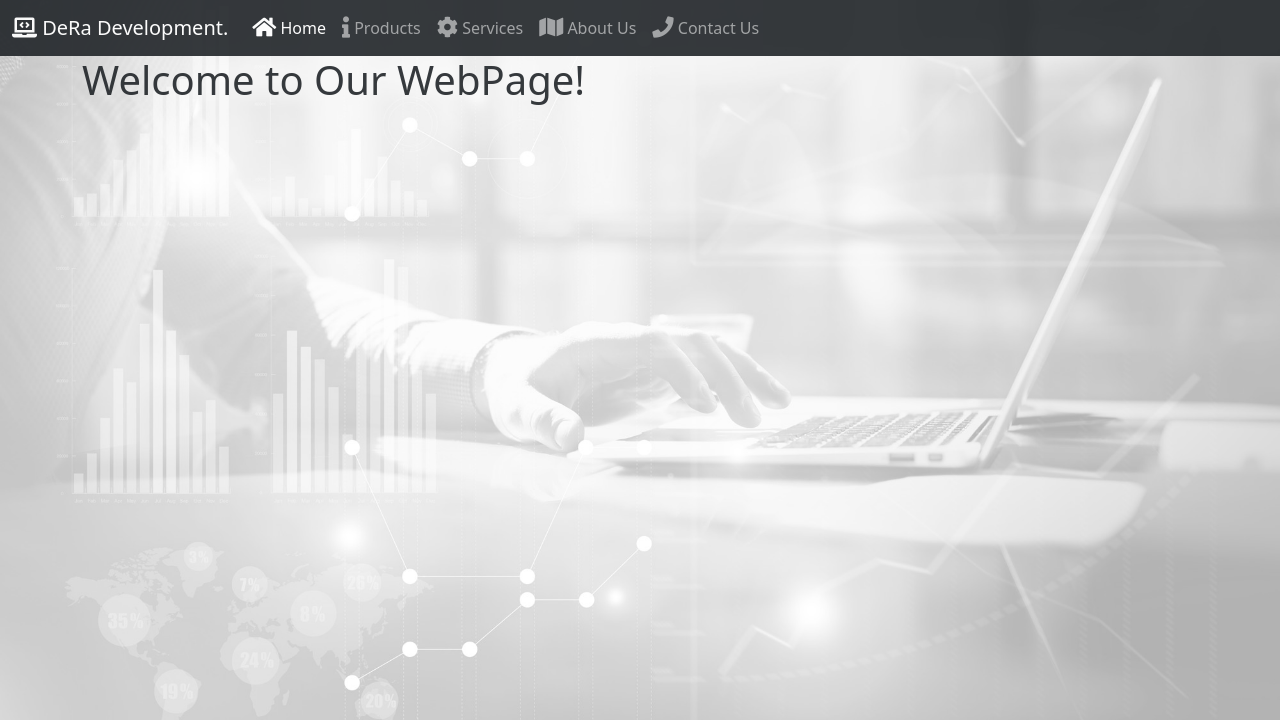
Repository: deividwsantoss/web6201-Lab1
Page: index.html
An editor plug-in stored every save of this project. The page is shown before and after the next save, followed by the edit.
The browser window is 1280 px wide. The pictures show the whole page.

Above is the page before, as saved 2021-02-02 17:23:12.

After the next save:
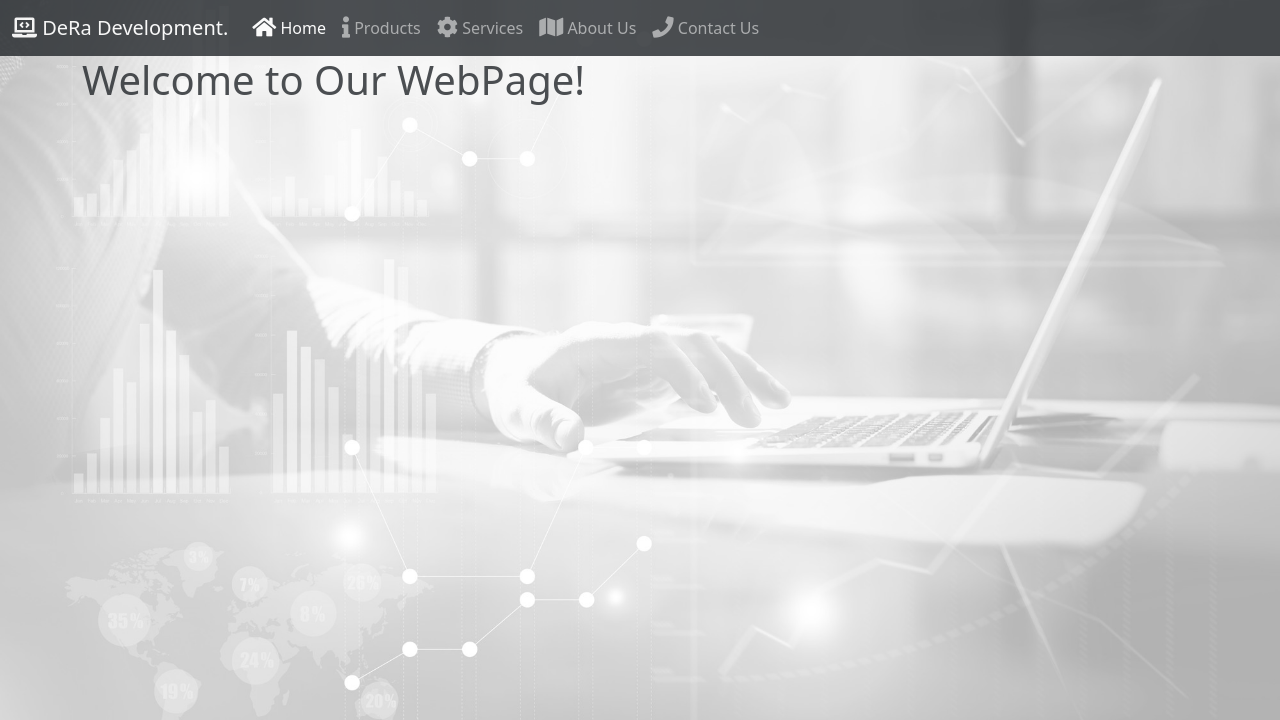
Saved 7 s later.
--- a/Content/app.css
+++ b/Content/app.css
@@ -8,5 +8,5 @@ body,html{
     background-repeat: no-repeat;
     background-size: cover;
     background-position: center;
-    opacity: 0.9;
+    opacity: 0.8;
 }
